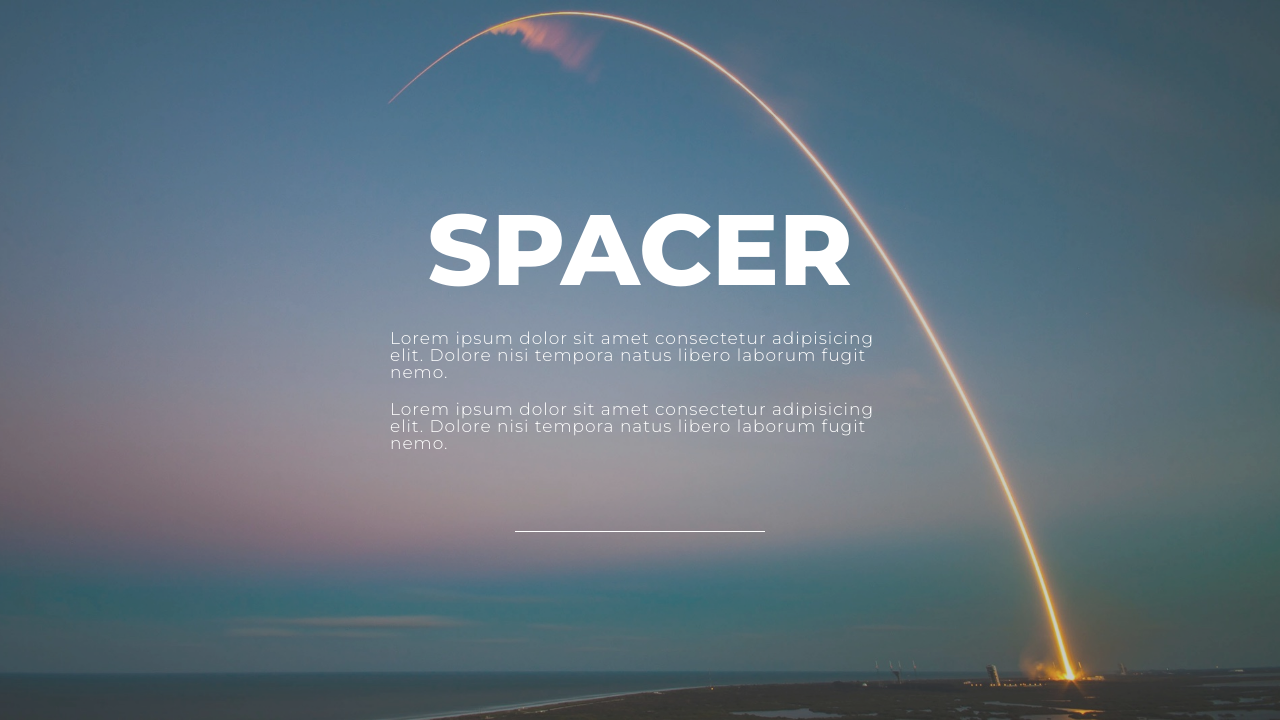
Repository: Trelefele/spacer-roman
Page: /
These files come from the project's save history. The page is drawn as it stood at one moment and after the next save; the edit follows.
The browser window is 1280 px wide. The pictures show the whole page.
The project was rebuilt for these pictures with package versions that can differ from the ones it lists, and the page was loaded fresh each time.

Above is the page before, as saved 2019-02-05 22:50:55.

After the next save:
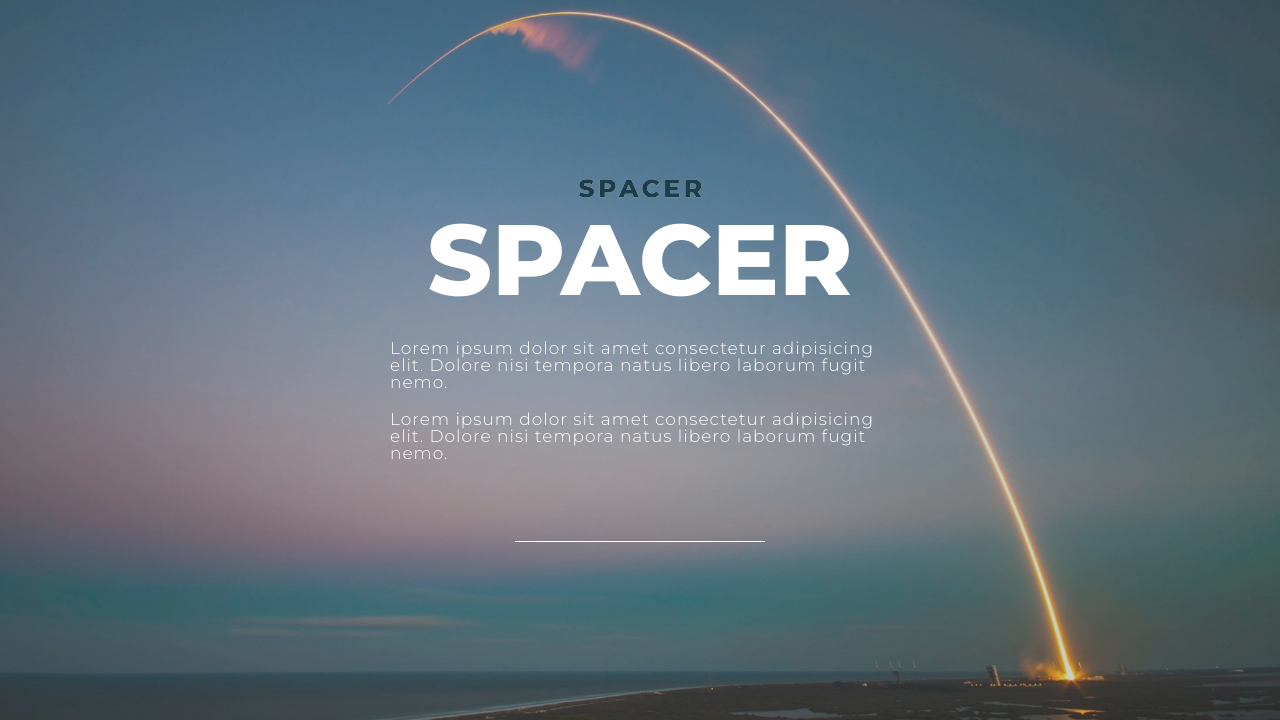
Saved 4 min 59 s later.
--- a/src/App.vue
+++ b/src/App.vue
@@ -1,6 +1,7 @@
 <template>
   <div class="app">
     <div :class="[{flexStart:step === 1 }, 'wrapper']">
+      <img src="./assets/logo.svg" alt="Its site's logo">
     <transition name="fade">
      <HeroImage v-if="step === 0"/>
     </transition>

After the save that followed:
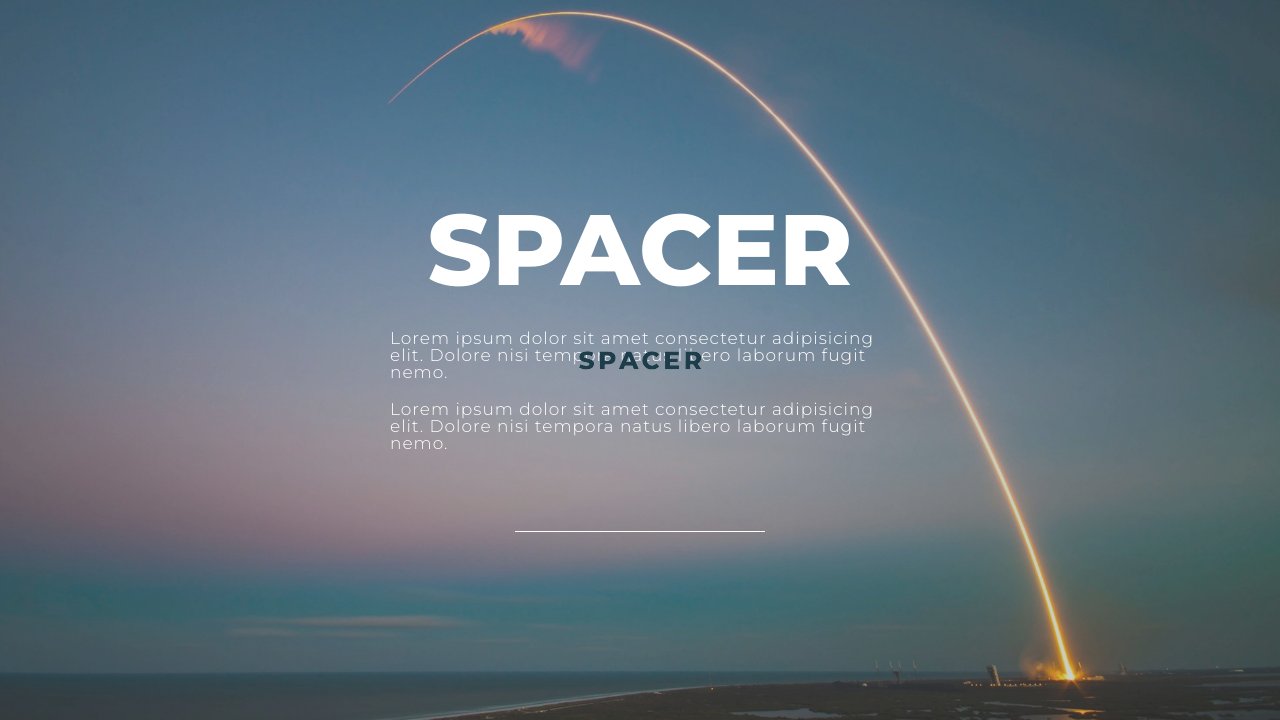
Saved 3 min 2 s later.
--- a/src/App.vue
+++ b/src/App.vue
@@ -1,9 +1,11 @@
 <template>
   <div class="app">
     <div :class="[{flexStart:step === 1 }, 'wrapper']">
-      <img src="./assets/logo.svg" alt="Its site's logo">
+    <transition>
+      <img src="./assets/logo.svg" alt="Its site's logo" class="logo">
+    </transition>
     <transition name="fade">
-     <HeroImage v-if="step === 0"/>
+      <HeroImage v-if="step === 0"/>
     </transition>
     <Claim v-if="step === 0"/>
     <SearchInput v-model="searchValue" @input="handleInput" :dark="step === 1"/>
@@ -76,6 +78,7 @@
 
 .wrapper {
     margin: 0;
+    position: relative;
     width: 100%;
     min-height: 100vh;
     padding: 30px;
@@ -88,4 +91,9 @@
       justify-content: flex-start;
     }
 }
+
+.logo{
+  position: absolute;
+
+}
 </style>
